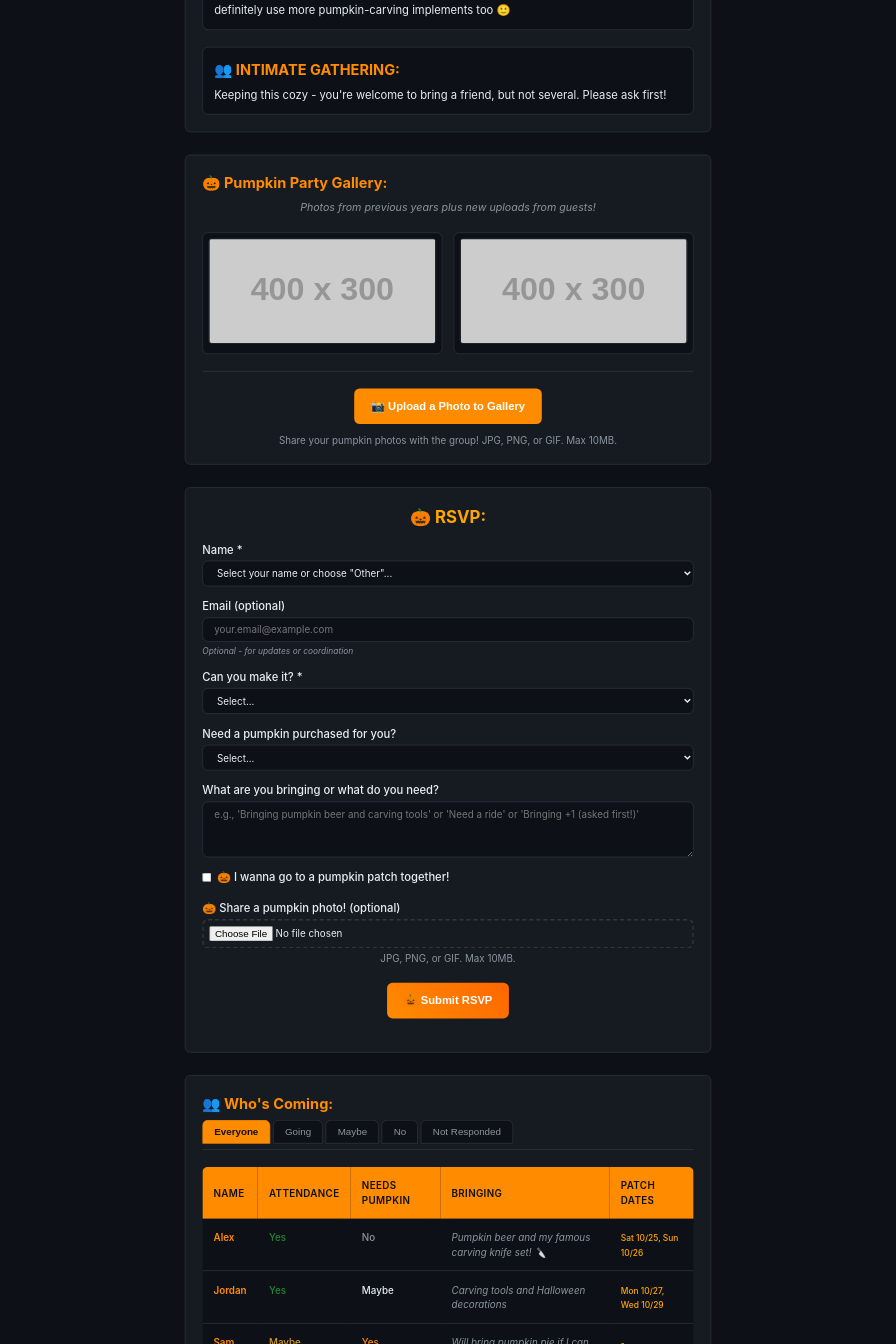
Repository: jeff-hamm/pumpkinfest
Page: index.html
An editor plug-in stored every save of this project. The page is shown before and after the next save, followed by the edit.
The browser window is 1280 px wide. The pictures show the part of the page from y = 1137 to 3057 px (the page is 3259 px tall before and 2431 px after), at 70% of full size.
The page's requests for data from a server got no answer.

Above is the page before, as saved 2025-10-25 14:27:10.

After the next save:
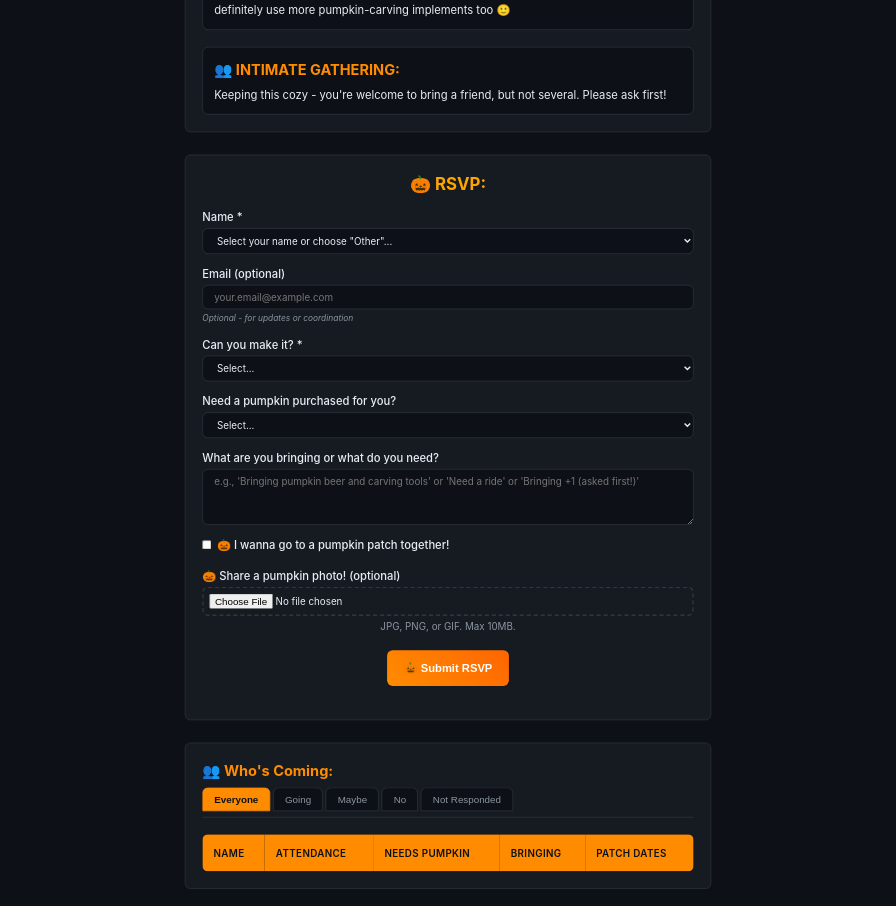
Console error: TypeError: Cannot read properties of null (reading 'addEventListener')
Saved 9 min 19 s later.
--- a/index.html
+++ b/index.html
@@ -65,34 +65,6 @@
                 <div class="event-section">
                     <h3>👥 INTIMATE GATHERING:</h3>
                     <p>Keeping this cozy - you're welcome to bring a friend, but not several. Please ask first!</p>
-                </div>
-            </div>
-        </div>
-
-        <div class="gallery-section">
-            <h3>🎃 Pumpkin Party Gallery:</h3>
-            <p class="gallery-description">Photos from previous years plus new uploads from guests!</p>
-            <div class="gallery-loading" id="gallery-loading">
-                <p>Loading gallery images... 🎃</p>
-            </div>
-            <div class="image-gallery" id="image-gallery">
-                <!-- Images will be loaded dynamically from Google Drive -->
-            </div>
-
-            <div class="gallery-upload-section">
-                <div class="gallery-upload">
-                    <input type="file" id="gallery-photo-upload" accept="image/*" class="file-input" style="display: none;">
-                    <button type="button" id="gallery-upload-btn" class="btn-upload">
-                        📸 Upload a Photo to Gallery
-                    </button>
-                    <div id="gallery-upload-preview" class="photo-preview" style="display: none;">
-                        <img id="gallery-preview-img" class="preview-image" alt="Photo preview">
-                        <div class="upload-actions">
-                            <button type="button" id="gallery-upload-submit" class="btn-primary btn-small">Upload</button>
-                            <button type="button" id="gallery-upload-cancel" class="btn-secondary btn-small">Cancel</button>
-                        </div>
-                    </div>
-                    <div class="file-info">Share your pumpkin photos with the group! JPG, PNG, or GIF. Max 10MB.</div>
                 </div>
             </div>
         </div>

After the save that followed:
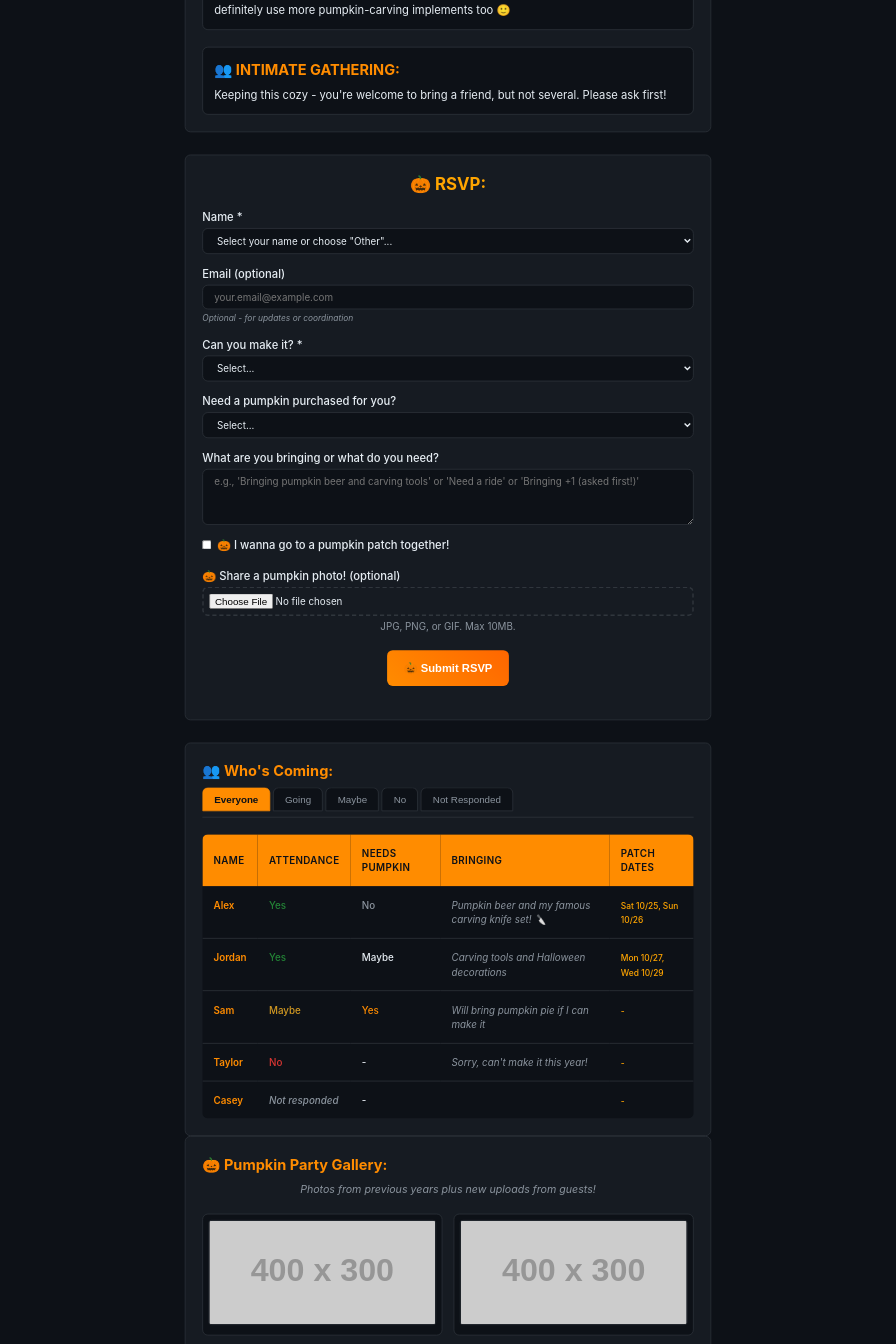
The error is gone.
Saved 9 s later.
--- a/index.html
+++ b/index.html
@@ -214,6 +214,34 @@
                 </div>
             </div>
         </div>
+
+        <div class="gallery-section">
+            <h3>🎃 Pumpkin Party Gallery:</h3>
+            <p class="gallery-description">Photos from previous years plus new uploads from guests!</p>
+            <div class="gallery-loading" id="gallery-loading">
+                <p>Loading gallery images... 🎃</p>
+            </div>
+            <div class="image-gallery" id="image-gallery">
+                <!-- Images will be loaded dynamically from Google Drive -->
+            </div>
+
+            <div class="gallery-upload-section">
+                <div class="gallery-upload">
+                    <input type="file" id="gallery-photo-upload" accept="image/*" class="file-input" style="display: none;">
+                    <button type="button" id="gallery-upload-btn" class="btn-upload">
+                        📸 Upload a Photo to Gallery
+                    </button>
+                    <div id="gallery-upload-preview" class="photo-preview" style="display: none;">
+                        <img id="gallery-preview-img" class="preview-image" alt="Photo preview">
+                        <div class="upload-actions">
+                            <button type="button" id="gallery-upload-submit" class="btn-primary btn-small">Upload</button>
+                            <button type="button" id="gallery-upload-cancel" class="btn-secondary btn-small">Cancel</button>
+                        </div>
+                    </div>
+                    <div class="file-info">Share your pumpkin photos with the group! JPG, PNG, or GIF. Max 10MB.</div>
+                </div>
+            </div>
+        </div>
     </div>
 
     <script src="pumpkinfest-app.js?v=2025-10-25-9"></script>
